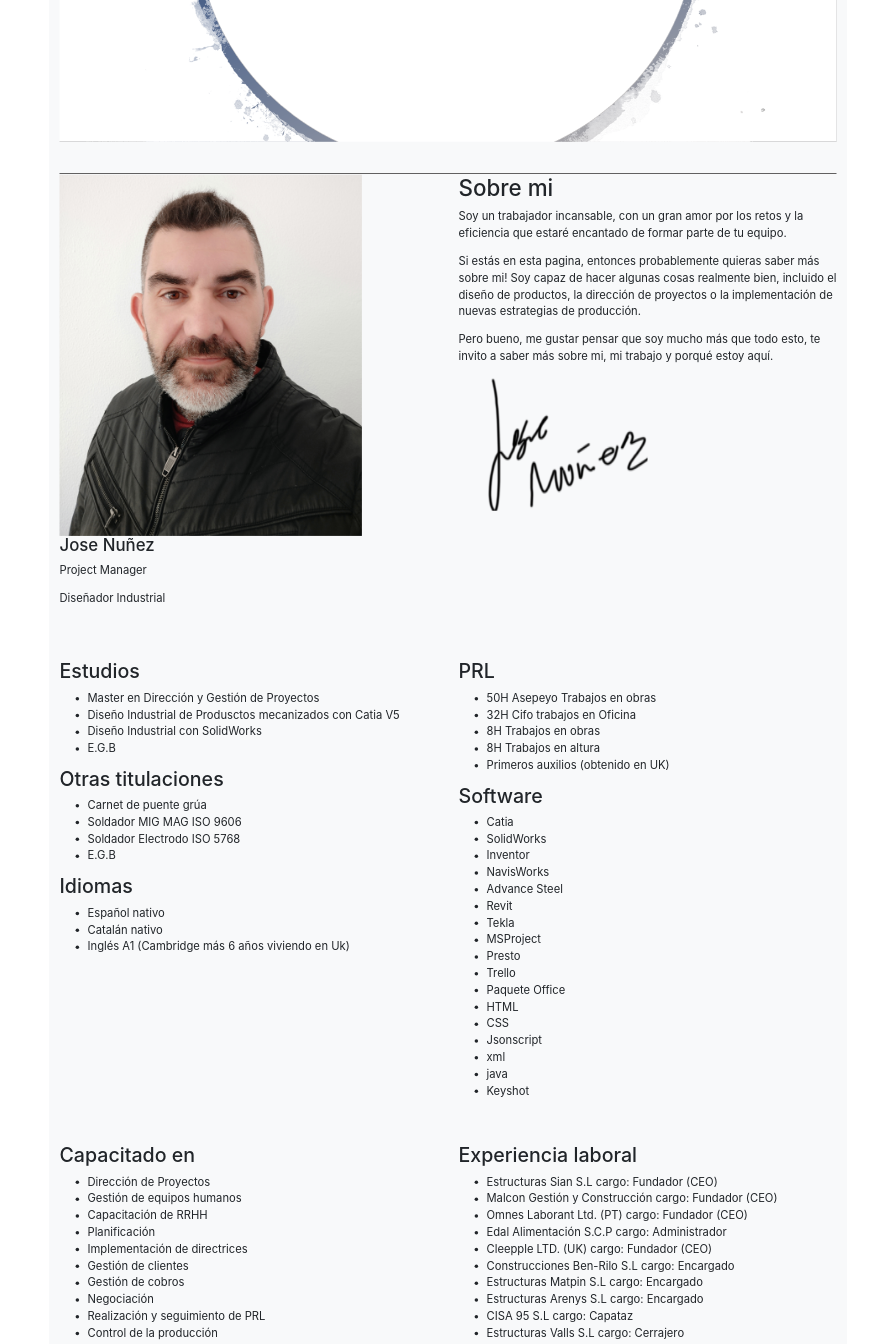
Repository: Hrotgarion1/jose
Page: index.html
These files come from the project's save history. The page is drawn as it stood at one moment and after the next save; the edit follows.
The browser window is 1280 px wide. The pictures show the part of the page from y = 501 to 2421 px (the page is 2577 px tall before and 2595 px after), at 70% of full size.

Above is the page before, as saved 2020-09-29 21:22:55.

### index.html
<!DOCTYPE html>
<html lang="en">
<head>
    <meta charset="UTF-8">
    <meta name="viewport" content="width=device-width, user-scalable=no, initial-scale=1.0, maximum-scale=1.0, minimum-scale=1.0">
    <title>josenunez.eu</title>
    <meta name="jose p nunez" content="">
    <link rel="stylesheet" href="css/bootstrap.min.css">
    <link rel="stylesheet" href="css/estilos.css">
    <!-- Favicon -->
    <link rel="shortcut icon" href="img/LogoPuntaDeLanza.png">
</head>
<body>
    <!--Navegador responsive de la web-->
    <nav class="navbar navbar-expand-lg navbar-light bg-secondary">
        <a class="navbar-brand" href="../jose/index.html">Inicio</a>
        <button class="navbar-toggler" type="button" data-toggle="collapse" data-target="#navbarNavDropdown" aria-controls="navbarNavDropdown" aria-expanded="false" aria-label="Toggle navigation">
          <span class="navbar-toggler-icon"></span>
        </button>

        <div class="collapse navbar-collapse" id="navbarNavDropdown">
          <ul class="navbar-nav">
            <li class="nav-item">
              <a class="nav-link" href="#inicio">Inicio <span class="sr-only">(current)</span></a>
            </li>
            <li class="nav-item">
              <a class="nav-link" href="#sobre">Sobre mi <span class="sr-only">(current)</span></a>
            </li>
            <li class="nav-item">
              <a class="nav-link" href="#cv">Estudios</a>
            </li>
            <li class="nav-item">
              <a class="nav-link" href="#exp">Experiencia</a>
            </li>
            <li class="nav-item dropdown">
              <a class="nav-link dropdown-toggle" href="#" id="navbarDropdownMenuLink" role="button" data-toggle="dropdown" aria-haspopup="true" aria-expanded="false">
                Proyectos realizados
              </a>
              <div class="dropdown-menu" aria-labelledby="navbarDropdownMenuLink">
                <a class="dropdown-item" href="../jose/solid.html">Diseños con SolidWorks</a>
                <a class="dropdown-item" href="../jose/catia.html">Diseños con Catia V5</a>
                <a class="dropdown-item" href="../jose/projects.html">Proyectos realizados</a>
                <a class="dropdown-item" href="../jose/video.html">Videos</a>
              </div>
            </li>
          </ul>
        </div>
      </nav>
      <br>

      <!--Imagen principal-->
      <div class="container bg-light">
        <section id="inicio">
          <div class="row">
            <div class="col-xs-12 col-sm-12 col-md-12 col-lg-12">
              <img src="img/LogoPuntaDeLanza.png" width="100%" height="100%">
            </div>
          </div>
        </section>
        <hr style="border:15px;">
        <br>
        <div class="linea"></div>

        <!--Seccion en la que me presento-->

        <section class="main row" id="sobre">
          <article class="col-xs-12 col-sm-6 col-md-6 col-lg-6">
              <img src="img/Jose1peque.png" width="80%" height="80%">
              <br>
              <h4 class="t-name">Jose Nuñez</h4>
              <p><span class="t-role">Project Manager</span></p>
              <p><span class="t-role">Diseñador Industrial</span></p>

          </article>
          <br>

         <aside class="col-xs-12 col-sm-6 col-md-6 col-lg-6">
          <h2 class="t1-heading">Sobre mi</h2>
                <p>Soy un trabajador incansable, con un gran amor por los retos y la eficiencia que estaré encantado de formar parte de tu equipo.</p>
                <p>Si estás en esta pagina, entonces probablemente quieras saber más sobre mi! Soy capaz de hacer algunas cosas realmente bien, incluido el diseño de productos, la dirección de proyectos o la implementación de nuevas estrategias de producción.</p>
                <p>Pero bueno, me gustar pensar que soy mucho más que todo esto, te invito a saber más sobre mi, mi trabajo y porqué estoy aquí.</p>
                <img src="img/firmajose.png" width="50%" height="30%"alt="J.Nuñez">
       </aside>
        </section>
        <br><br>

        <!--Seccion en la que pongo unas listas con mis capacidades y mis estudios-->

        <section class="main row" id="cv">

          <article class="col-xs-12 col-sm-6 col-md-6 col-lg-6">
              <h3>Estudios</h3>
              <ul>
                <li>Master en Dirección y Gestión de Proyectos</li>
                <li>Diseño Industrial de Produsctos mecanizados con Catia V5</li>
                <li>Diseño Industrial con SolidWorks</li>
                <li>E.G.B</li>
              </ul>
              <h3>Otras titulaciones</h3>
              <ul>
                <li>Carnet de puente grúa</li>
                <li>Soldador MIG MAG ISO 9606</li>
                <li>Soldador Electrodo ISO 5768</li>
                <li>E.G.B</li>
              </ul>
              <h3>Idiomas</h3>
              <ul>
                <li>Español nativo</li>
                <li>Catalán nativo</li>
                <li>Inglés A1 (Cambridge más 6 años viviendo en Uk)</li>
              </ul>



          </article>
          <br>

         <aside class="col-xs-12 col-sm-6 col-md-6 col-lg-6">
          <h3>PRL</h3>
              <ul>
                <li>50H Asepeyo Trabajos en obras</li>
                <li>32H Cifo trabajos en Oficina</li>
                <li>8H Trabajos en obras</li>
                <li>8H Trabajos en altura</li>
                <li>Primeros auxilios (obtenido en UK)</li>
              </ul>
              <h3>Software</h3>
              <ul>
                <li>Catia</li>
                <li>SolidWorks</li>
                <li>Inventor</li>
                <li>NavisWorks</li>
                <li>Advance Steel</li>
                <li>Revit</li>
                <li>Tekla</li>
                <li>MSProject</li>
                <li>Presto</li>
                <li>Trello</li>
                <li>Paquete Office</li>
                <li>HTML</li>
                <li>CSS</li>
                <li>Jsonscript</li>
                <li>xml</li>
                <li>java</li>
                <li>Keyshot</li>

              </ul>
       </aside>

        </section>
        <br><br>

        <!--Seccion en la que pongo unas listas con mis capacidades y mis estudios-->

        <section class="main row" id="exp">

          <article class="col-xs-12 col-sm-6 col-md-6 col-lg-6">
            <h3>Capacitado en</h3>
            <ul>
              <li>Dirección de Proyectos</li>
              <li>Gestión de equipos humanos</li>
              <li>Capacitación de RRHH</li>
              <li>Planificación</li>
              <li>Implementación de directrices</li>
              <li>Gestión de clientes</li>
              <li>Gestión de cobros</li>
              <li>Negociación</li>
              <li>Realización y seguimiento de PRL</li>
              <li>Control de la producción</li>
              <li>Planificación de mantenimiento</li>
              <li>Desarrollo de nuevos productos</li>
              <li>Gestión de pagos</li>
              <li>Gestión de subcontratas</li>
              <li>Gestión de proveedores</li>
              <li>Planificación</li>
            </ul>

          </article>
          <br>

         <aside class="col-xs-12 col-sm-6 col-md-6 col-lg-6">

              <h3>Experiencia laboral</h3>
              <ul>
                <li>Estructuras Sian S.L cargo: Fundador (CEO)</li>
                <li>Malcon Gestión y Construcción cargo: Fundador (CEO)</li>
                <li>Omnes Laborant Ltd. (PT) cargo: Fundador (CEO)</li>
                <li>Edal Alimentación S.C.P cargo: Administrador</li>
                <li>Cleepple LTD. (UK) cargo: Fundador (CEO)</li>
                <li>Construcciones Ben-Rilo S.L cargo: Encargado</li>
                <li>Estructuras Matpin S.L cargo: Encargado</li>
                <li>Estructuras Arenys S.L cargo: Encargado</li>
                <li>CISA 95 S.L cargo: Capataz</li>
                <li>Estructuras Valls S.L cargo: Cerrajero</li>
                <li>Estructuras Avenida S.L cargo: Soldador</li>
                <li>John Reid and Sons (UK) cargo: Welder/Fabricator</li>
                <li>The Skip Factory LTD. (UK) cargo: Welder/Fabricator</li>
                <li>Farpe 97 S.L cargo: Encofrador</li>
                <li>Construcciones Famada S.L cargo: Ferralla</li>
                <li>Puertas La Llopa S.L cargo: Cerrajero</li>
              </ul>
       </aside>

        </section>



      </div>



    <script src="js/jquery-3.5.1.min.js"></script>
    <script src="js/bootstrap.min.js"></script>



</body>
</html>

### css/estilos.css
.linea {
  border-top: 1px solid rgb(34, 32, 32);
  height: 2px;
  padding: 0;
  margin: 5px auto 0 auto;
}

Loaded but not shown: css/bootstrap.min.css (library); js/jquery-3.5.1.min.js (library); js/bootstrap.min.js (library)

After the next save:
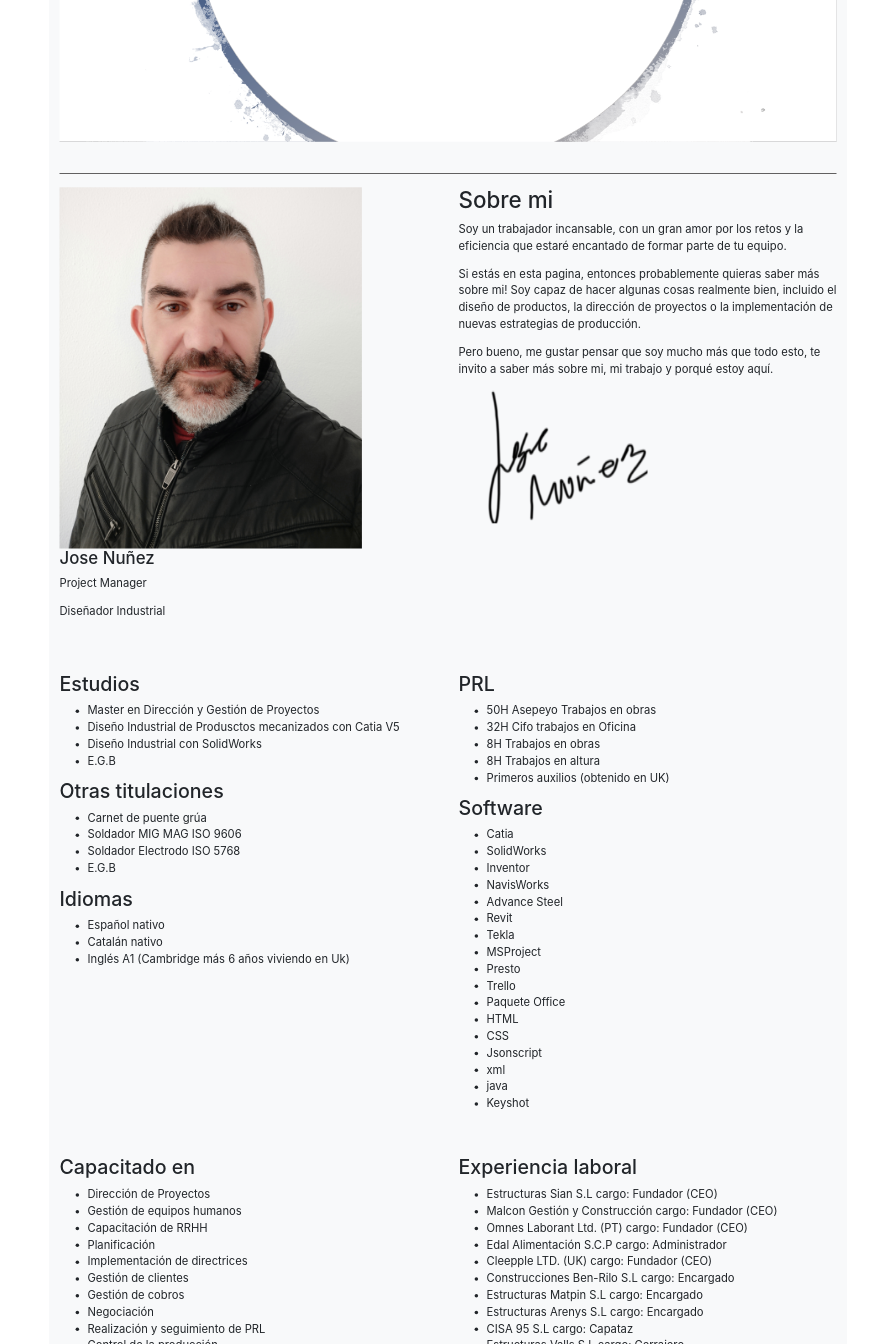
Saved 12 s later.
--- a/css/estilos.css
+++ b/css/estilos.css
@@ -1,6 +1,6 @@
 .linea {
   border-top: 1px solid rgb(34, 32, 32);
-  height: 2px;
+  height: 20px;
   padding: 0;
   margin: 5px auto 0 auto;
 }
